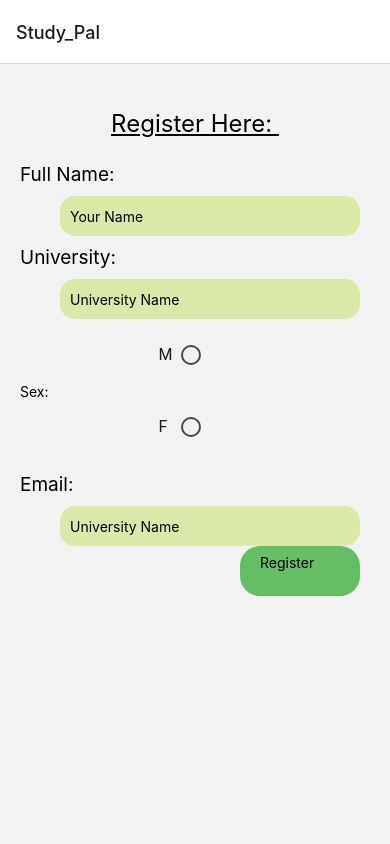
Repository: abdurehmanali611/Study-Pal
Screen: /
The author's editor kept a copy of each file at every save. The screen is drawn from the files as they stood at one save, then again after the next save.
The app was drawn by React Native's web renderer in a window 390 px wide. The project was rebuilt for these pictures with package versions that can differ from the ones it lists, and the page was loaded fresh each time. Also part of the build but not shown: Front_Pages/Home.js, Screens/Softwareeng.js, Screens/Computersci.js, Screens/Informationsci.js, Screens/Informationtech.js, Screens/Softwarecards.js, Screens/Computercards.js, Screens/Sciencecards.js and 4 more.

Above is the screen before, as saved 2024-01-23 22:17:20.

### App.js
import { createStackNavigator } from "@react-navigation/stack";
import { NavigationContainer } from "@react-navigation/native";
import Sign_Up from "./Front_Pages/Sign_Up";
import Home from "./Front_Pages/Home";
import Softwareeng from "./Screens/Softwareeng";
import Computersci from "./Screens/Computersci";
import Informationsci from "./Screens/Informationsci";
import Informationtech from "./Screens/Informationtech";
import Softwarecards from "./Screens/Softwarecards";
import Computercards from "./Screens/Computercards";
import Sciencecards from "./Screens/Sciencecards";
import Technologycards from "./Screens/Technologycards";
import About_Us from "./Profile_pages/About_Us";
import Contacts from "./Profile_pages/Contacts";
import Setting from "./Profile_pages/Setting";

const stack = createStackNavigator();

const App = () => {

  return  <NavigationContainer>
       <stack.Navigator initialRouteName="Sign">
       <stack.Screen name="Sign" component={Sign_Up} options={{title: 'Study_Pal'}} />
       <stack.Screen name ="Home" component={Home} options={{title: 'Study_Pal'}}/>
       <stack.Screen name="software" component={Softwareeng} options={{title: 'Study_Pal'}}/>
       <stack.Screen name="softwarecard" component={Softwarecards} options={{title: 'Study_Pal'}}/>
       <stack.Screen name="computer" component={Computersci} options={{title: 'Study_Pal'}}/>
       <stack.Screen name="computercard" component={Computercards} options={{title: 'Study_Pal'}}/>
       <stack.Screen name="information" component={Informationsci} options={{title: 'Study_Pal'}}/>
       <stack.Screen name="informationcard" component={Sciencecards} options={{title: 'Study_Pal'}}/>
       <stack.Screen name="technology" component={Informationtech} options={{title: 'Study_Pal'}}/>
       <stack.Screen name="technologycard" component={Technologycards} options={{title: 'Study_Pal'}}/>
       <stack.Screen name="about" component={About_Us} options={{title: 'Study_Pal'}}/>
       <stack.Screen name="contact" component={Contacts} options={{title: 'Study_Pal'}}/>
       <stack.Screen name="setting" component={Setting} options={{title: 'Study_Pal'}}/>
       </stack.Navigator>
   </NavigationContainer>
}

export default App

### Front_Pages/Sign_Up.js
import { View, Text, TextInput, StyleSheet, ScrollView, TouchableOpacity, Alert } from 'react-native'
import React, { useState, useLayoutEffect } from 'react'
import {RadioButton} from 'react-native-paper'

const Sign_Up = ({navigation}) => {

   const [sex, setSex] = useState('')
   const [name, setName] = useState('')
   const [university, setUniversity] = useState('')
   const [email, setEmail] = useState('')

   const register = () => {

      if (name == '' || name.startsWith('_') ) {

        Alert.alert(
            'Invalid Input',
            'You have entered an invalid input',
            [
                {text: 'OK'}
        ]
        )
      }else {
           navigation.navigate('Home')
      }
   }

  return <ScrollView
      showsVerticalScrollIndicator = {false}
      style = {styles.overall}>
         <View style = {styles.title}>
            <Text style = {styles.texttitle}>Register Here: </Text>
         </View>
         <View>
            <Text style = {styles.objecttext}>Full Name: </Text>
            <TextInput
            value={name}
            onChangeText={(newname) => setName(newname)}
            style = {styles.textinput}
            placeholder='Your Name'
            textContentType='name'
            />
         </View>
         <View>
            <Text style = {styles.objecttext}>University: </Text>
            <TextInput
            value={university}
            onChangeText={(newuniversity) => setUniversity(newuniversity)}
            style = {styles.textinput}
            placeholder='University Name'
            textContentType='name'
            />
         </View>
         <View style = {{flexDirection: 'row', alignItems: 'center'}}>
            <View>
               <Text>Sex: </Text>
            </View>
            <View>
          <RadioButton.Group
          value={sex}
          onValueChange={(yoursex) => setSex(yoursex)}
          >
             <RadioButton.Item
             style = {styles.radiogroup}
             label='M'
             value='male'
             color='green'
             />
             <RadioButton.Item
             style = {styles.radiogroup}
             label='F'
             value='female'
             color='red'
             />
          </RadioButton.Group>
          </View>
         </View>
         <View>
         <View>
            <Text style = {styles.objecttext}>Email: </Text>
            <TextInput
            value={email}
            onChangeText={(newemail) => setEmail(newemail)}
            style = {styles.textinput}
            placeholder='University Name'
            textContentType='name'
            />
         </View>
         </View>
         <View>
          <TouchableOpacity
          style = {styles.press}
          onPress={register}
          >
             <Text>
                Register
             </Text>
          </TouchableOpacity>
         </View>
        </ScrollView>

}

const randomRGB = () => {

   const red = Math.floor(Math.random() * 256)
   const green = Math.floor(Math.random() * 256)
   const blue = Math.floor(Math.random() * 256)

   return `rgb(${red},${green}, ${blue})`
}

const styles = StyleSheet.create ({

    overall : {
       marginVertical: 30,
       marginHorizontal: 20
    },
    title : {
        alignItems: 'center',
        marginVertical: 15
    },
    texttitle : {
        fontSize: 24,
        textDecorationLine: 'underline'
    },
    objecttext : {
        fontSize: 19,
        marginVertical: 10
    },
    textinput : {
        marginHorizontal: 40,
        borderRadius: 15,
        backgroundColor: randomRGB(),
        width: 300,
        height: 40,
        paddingLeft: 10
    },
    radiogroup : {
      marginHorizontal: 90,
      marginVertical: 10
    },
    press : {
      marginHorizontal: 220,
      borderRadius: 20,
      backgroundColor: `rgb(100,190,100)`,
      height: 50,
      width: 120,
      paddingLeft: 20,
      paddingTop: 8
    }
})

export default Sign_Up

After the next save:
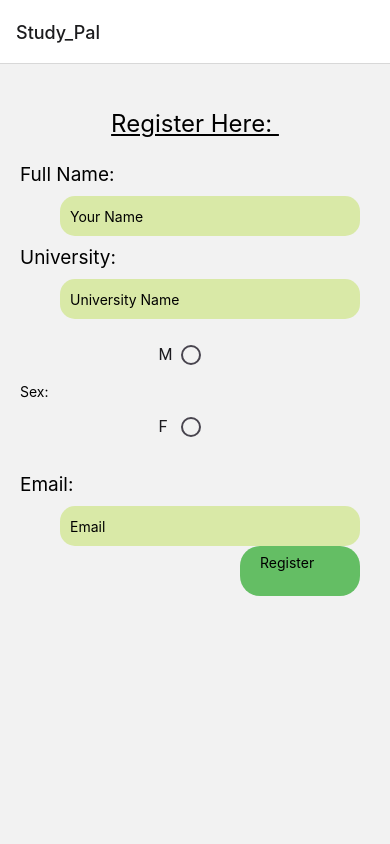
Saved 7 s later.
--- a/Front_Pages/Sign_Up.js
+++ b/Front_Pages/Sign_Up.js
@@ -82,7 +82,7 @@ const Sign_Up = ({navigation}) => {
             value={email}
             onChangeText={(newemail) => setEmail(newemail)}
             style = {styles.textinput}
-            placeholder='University Name'
+            placeholder='Email'
             textContentType='name'
             />
          </View>
